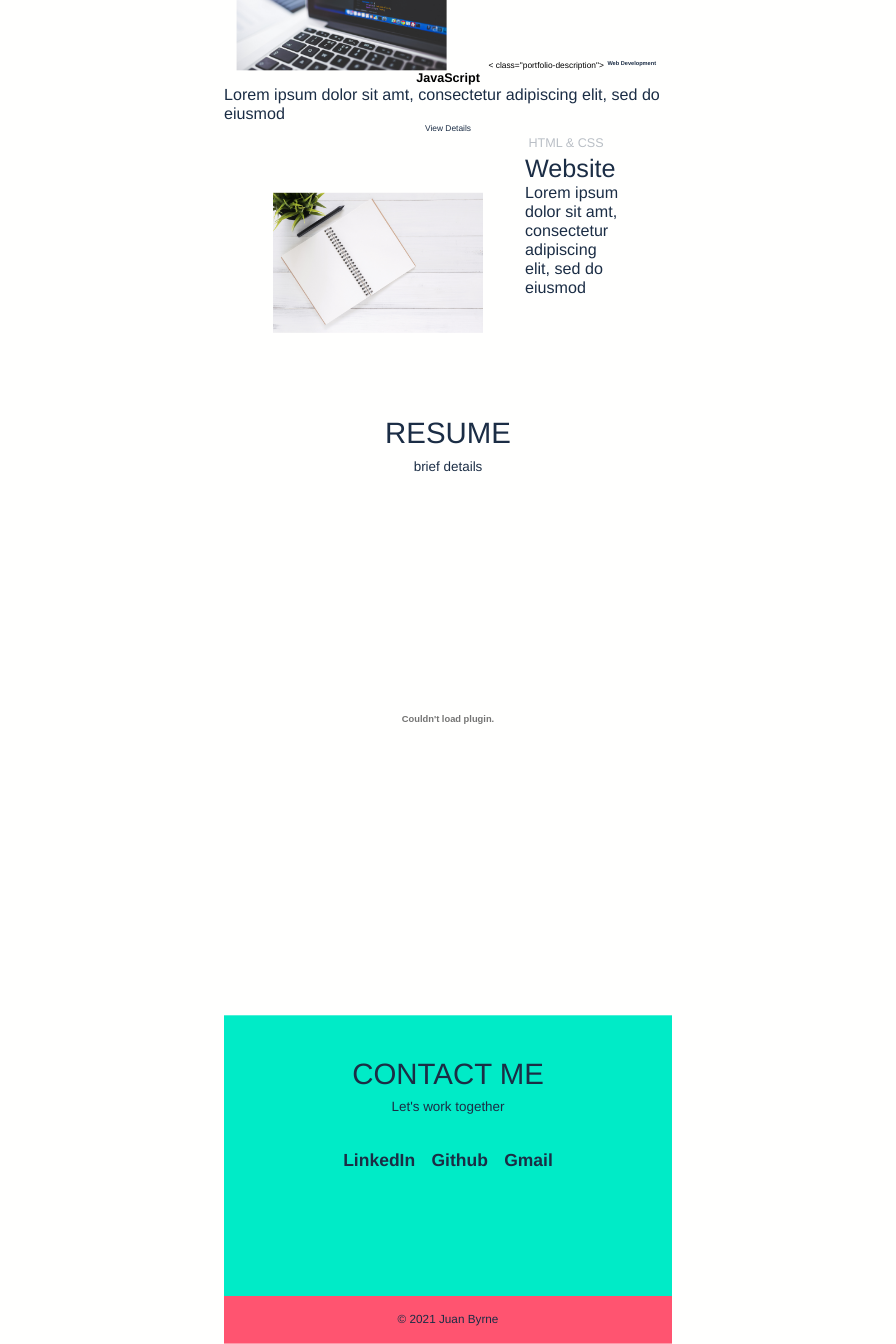
Repository: jb150524/JB-Portfolio
Page: index.html
An editor plug-in stored every save of this project. The page is shown before and after the next save, followed by the edit.
The browser window is 1280 px wide. The pictures show the part of the page from y = 2918 to 4838 px (the page is 4838 px tall before and 4640 px after), at 70% of full size.
Some icons come from a web library that is not loaded, so they are not drawn.

Above is the page before, as saved 2021-07-27 23:24:42.

After the next save:
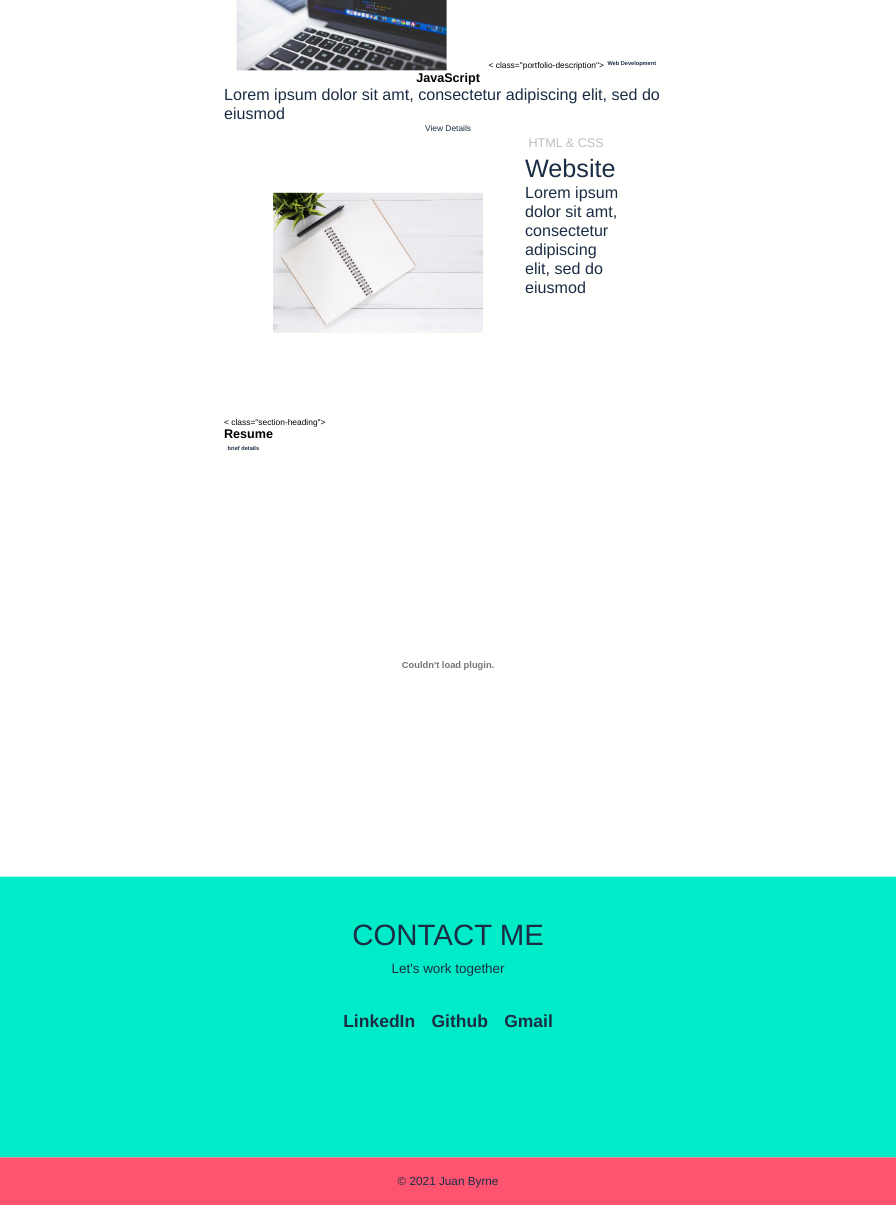
Saved 49 s later.
--- a/index.html
+++ b/index.html
@@ -136,11 +136,12 @@
 
     <section class="resume" id="resume">
       <div class="container">
-        <div class="section-heading">
+        < class="section-heading">
         <h1>Resume</h1>
         <h6>brief details</h6>
         <embed src="JByrne Resume 2021 FINAL.pdf" type="application/pdf" width="100%" height="600px" />
         <!-- <input type="button" value="Download!"> -->
+      </p>
         </div>
 
     <section class="contact" id="contact">
